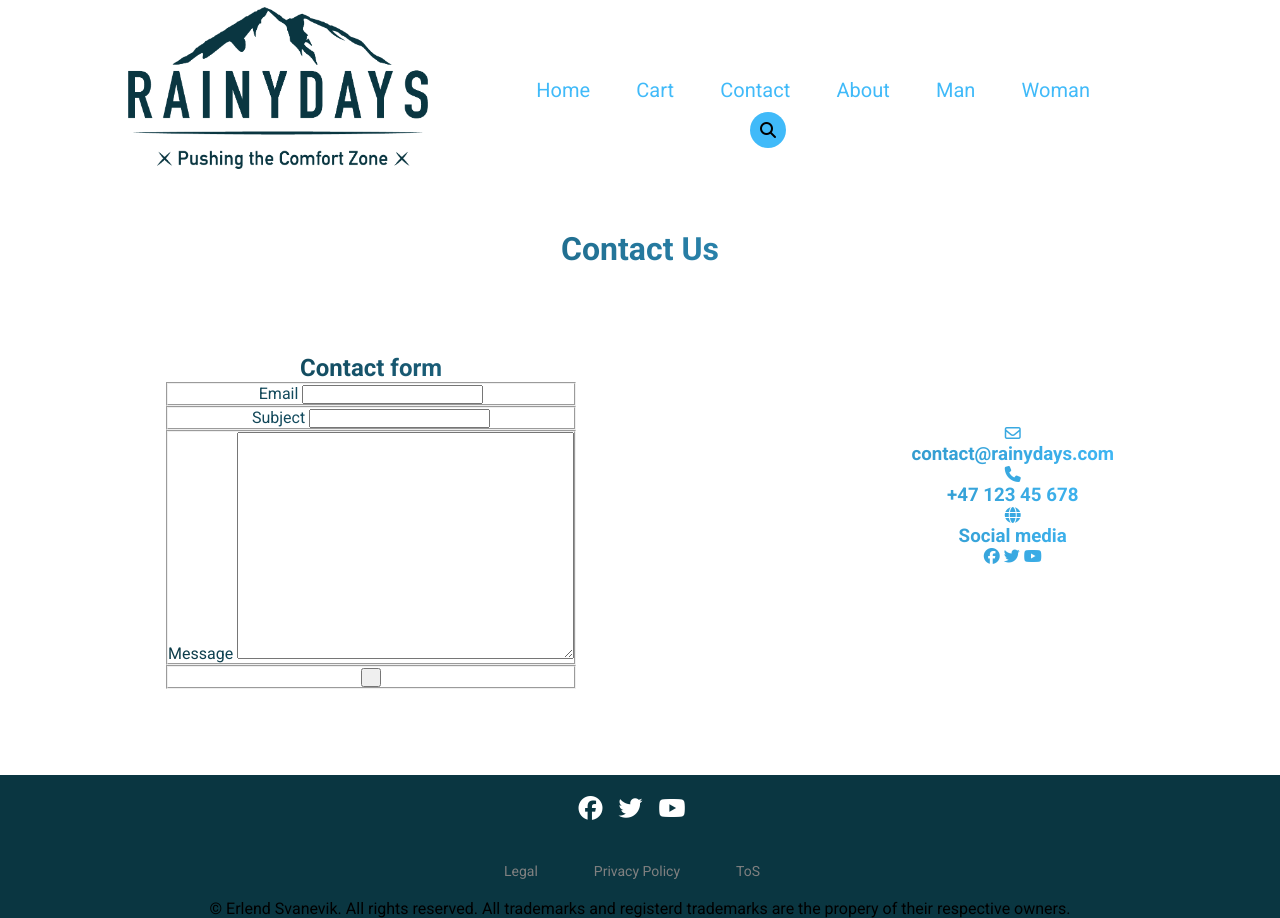
Repository: EpleWasTaken/RainyDays
Page: contact.html
These files come from the project's save history. The page is drawn as it stood at one moment and after the next save; the edit follows.
The browser window is 1280 px wide. The pictures show the whole page.
Some web libraries are served in a nearby version.

Above is the page before, as saved 2020-10-31 17:27:01.

After the next save:
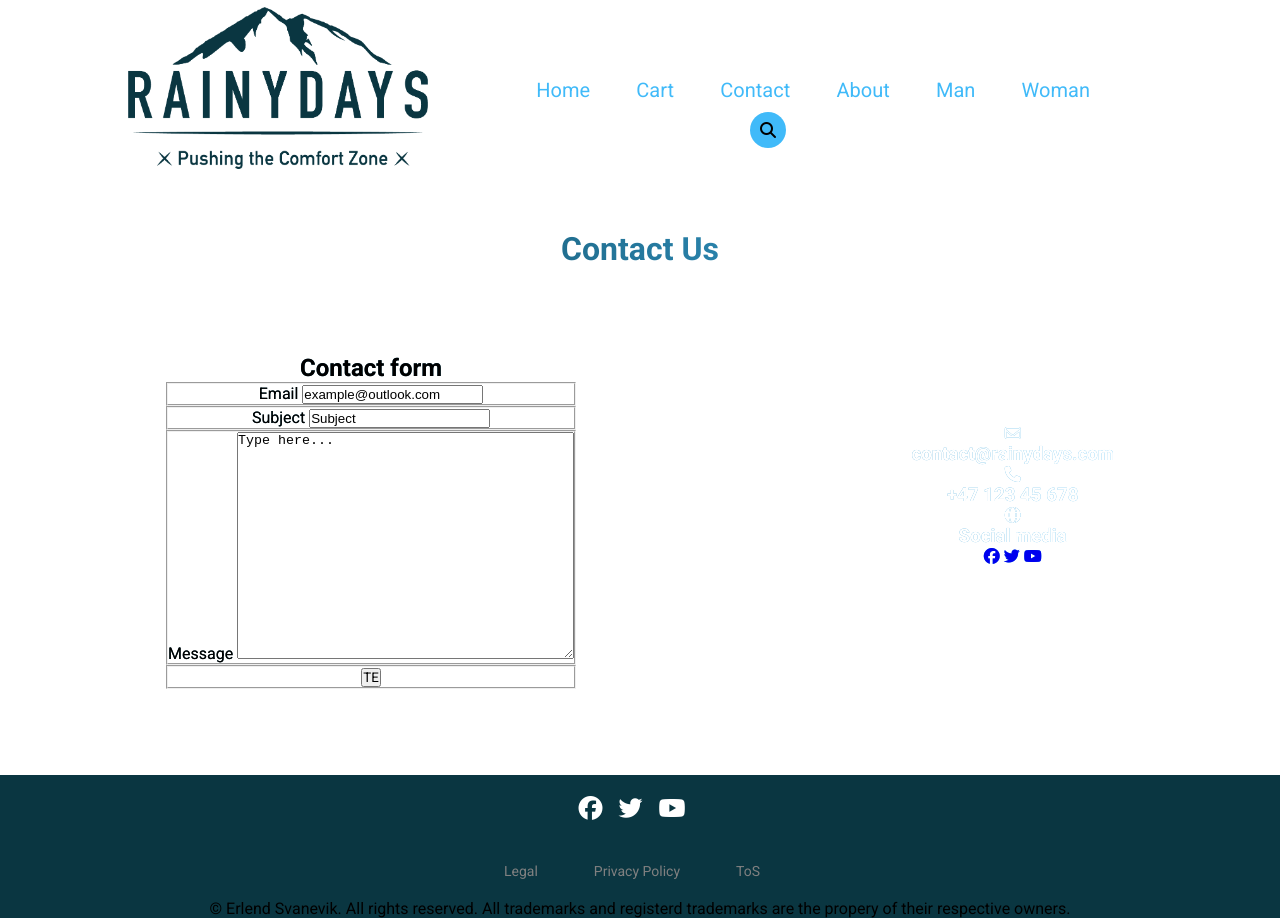
Saved 4 s later.
--- a/css/contact.css
+++ b/css/contact.css
@@ -32,7 +32,6 @@
 	margin: 5%;
 	background: linear-gradient(to right, #0a3641, #40baf9);
 	-webkit-background-clip: text;
-	-webkit-text-fill-color: transparent;
 }
 
 section.contact-container {

After the save that followed:
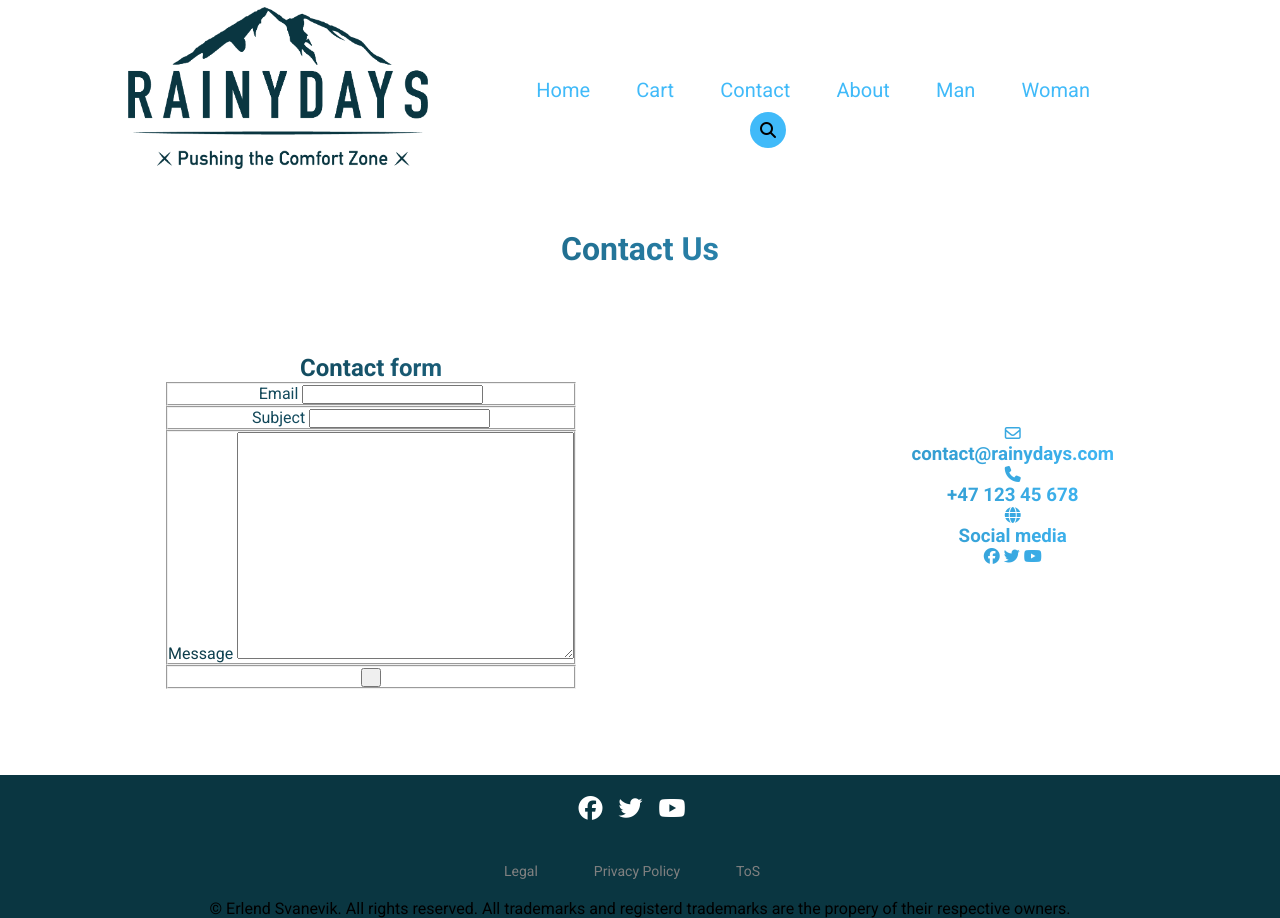
Saved 22 s later.
--- a/css/contact.css
+++ b/css/contact.css
@@ -32,6 +32,7 @@
 	margin: 5%;
 	background: linear-gradient(to right, #0a3641, #40baf9);
 	-webkit-background-clip: text;
+	-webkit-text-fill-color: transparent;
 }
 
 section.contact-container {
